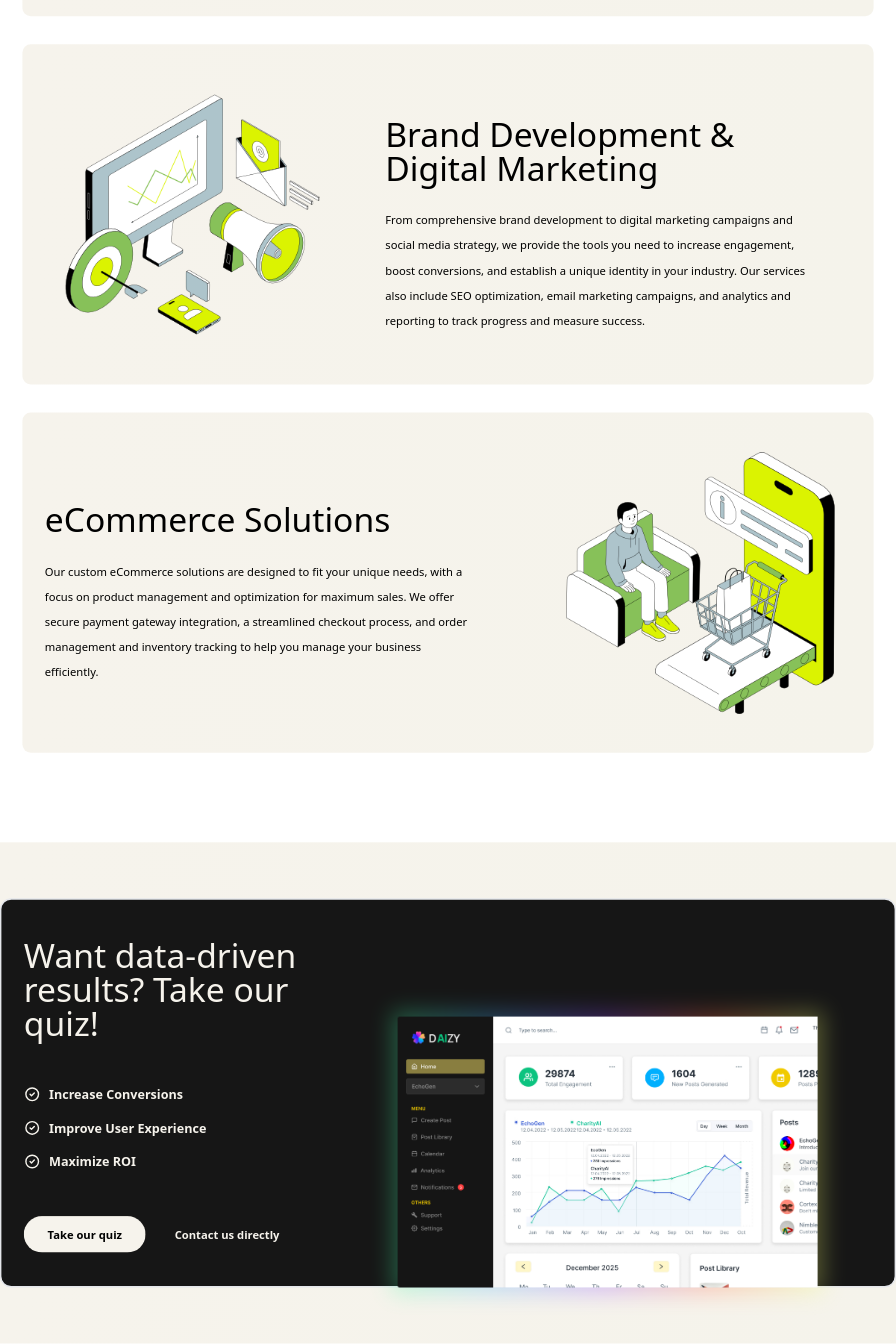
Repository: ornelasedward/mired_website
Page: /
The author's editor kept a copy of each file at every save. The page is drawn from the files as they stood at one save, then again after the next save.
The browser window is 1280 px wide. The pictures show the part of the page from y = 2625 to 4545 px (the page is 4545 px tall), at 70% of full size.
The project was rebuilt for these pictures with package versions that can differ from the ones it lists, and the page was loaded fresh each time. The framework's server and built-in components were replaced by stand-ins that run in the browser. Also part of the build but not shown: next.config.js.

Above is the page before, as saved 2023-03-30 19:27:52.

### app/layout.tsx
import "./globals.css";

export const metadata = {
  title: "Mired",
  description: "Web design and development services",
};

export default function RootLayout({
  children,
}: {
  children: React.ReactNode;
}) {
  return (
    <html lang="en" className="bg-gradient-to-r from-[#F6F3EC] to-[#F5F3EB]">
      <body>{children}</body>
    </html>
  );
}

### app/page.tsx
import Header from "@/components/Header";
import Hero from "@/components/Hero";
import Services from "@/components/Services";
import CTA from "@/components/CTA";
import { Inter } from "next/font/google";
import Testimonial from "@/components/Testimonials";
import FAQ from "@/components/FAQ";
import Contact from "@/components/Contact";
import Footer from "@/components/Footer";

const inter = Inter({ subsets: ["latin"] });

export default function Home() {
  return (
    <main>
      <Hero />
      <Header />
      <Services />
      <CTA />
      {/* <Testimonial />
      <FAQ />
      <Contact />
      <Footer /> */}
    </main>
  );
}

### components/Header.tsx
export default function Header() {
  return (
    <section className="py-12 overflow-hidden sm:py-16 lg:py-20 xl:py-24">
      <div className="px-4 mx-auto max-w-7xl sm:px-6 lg:px-8">
        <div className="grid max-w-6xl grid-cols-1 mx-auto gap-y-12 lg:grid-cols-2 lg:gap-x-16 xl:gap-x-24">
          <div className="relative flex flex-col justify-between max-w-lg lg:py-12 lg:max-w-none">
            <div className="flex-1">
              <p className="text-sm font-normal tracking-widest uppercase">
                <span className="text-transparent bg-clip-text bg-gradient-to-r from-cyan-500 to-purple-500">
                  {" "}
                  Have a project in mind?{" "}
                </span>
              </p>
            </div>

            <div className="mt-6 lg:mt-auto">
              <h2 className="text-3xl font-normal text-black sm:text-4xl lg:text-5xl xl:text-6xl">
                We are dedicated to crafting websites that convert visitors into
                customers.
              </h2>
              <p className="mt-4 text-base font-normal text-black lg:max-w-xs sm:text-lg sm:mt-6">
                Sign up for a free consultation today and let our experts help
                you create a modern web design that focuses on increasing
                conversions and enhancing user experiences.
              </p>
            </div>
          </div>

          <div className="relative flex items-center justify-center">
            <div className="absolute right-1/4 transform translate-x-4 -translate-y-1/2 top-1/2 bg-gradient-to-br from-[#F7BE08] to-[#55F5A3] w-full h-full blur-2xl opacity-40" />

            <div className="relative overflow-hidden bg-white rounded-xl">
              <div className="p-6 sm:py-8 sm:px-9">
                <p className="text-xl font-normal text-black">
                  Let us know about your business & we will be in contact to
                  help you grow your business.
                </p>

                <form action="#" method="POST" className="mt-8 space-y-4">
                  <div>
                    <label for="" className="sr-only">
                      {" "}
                      Full name{" "}
                    </label>
                    <div>
                      <input
                        type="text"
                        name=""
                        id=""
                        placeholder="First & Last name"
                        className="block w-full px-5 py-4 text-base text-black placeholder-gray-500 bg-gray-200 rounded-md focus:border-black focus:ring-1 focus:ring-black"
                      />
                    </div>
                  </div>

                  <div>
                    <label for="" className="sr-only">
                      {" "}
                      Email address{" "}
                    </label>
                    <div>
                      <input
                        type="email"
                        name=""
                        id=""
                        placeholder="Email address"
                        className="block w-full px-5 py-4 text-base text-black placeholder-gray-500 bg-gray-200 rounded-md focus:border-black focus:ring-1 focus:ring-black"
                      />
                    </div>
                  </div>

                  <div>
                    <label for="" className="sr-only">
                      {" "}
                      Phone number{" "}
                    </label>
                    <div>
                      <input
                        type="tel"
                        name=""
                        id=""
                        placeholder="Phone number"
                        className="block w-full px-5 py-4 text-base text-black placeholder-gray-500 bg-gray-200 rounded-md focus:border-black focus:ring-1 focus:ring-black"
                      />
                    </div>
                  </div>

                  <div>
                    <label for="" className="sr-only">
                      {" "}
                      Message{" "}
                    </label>
                    <div>
                      <textarea
                        name=""
                        id=""
                        placeholder="Write your message"
                        rows="4"
                        className="block w-full px-5 py-4 text-base text-black placeholder-gray-500 bg-gray-200 rounded-md focus:border-black focus:ring-1 focus:ring-black"
                      ></textarea>
                    </div>
                  </div>

                  <div>
                    <div className="relative inline-flex mt-2 group">
                      <div className="absolute transition-all duration-200 rounded-[2rem] -inset-px bg-gradient-to-r from-cyan-500 to-purple-500 group-hover:shadow-lg group-hover:shadow-cyan-500/50"></div>
                      <button
                        type="button"
                        className="relative inline-flex items-center justify-center px-8 py-3 text-base font-normal text-white bg-black border border-transparent rounded-[2rem]"
                        role="button"
                      >
                        Send Message
                      </button>
                    </div>
                  </div>
                </form>
              </div>
            </div>
          </div>
        </div>
      </div>
    </section>
  );
}

### components/Services.tsx
import Image from "next/image";
import Laptop from "../images/Laptop.png";
import Ecom from "../images/Ecom.png";
import Marketing from "../images/Marketing.png";

export default function Services() {
  return (
    <div className="bg-white">
      <div className="relative px-4 mx-auto sm:px-6 lg:px-8 max-w-7xl">
        <div className="grid grid-cols-1 gap-10 lg:py-32 py-20">
          <div className="bg-gradient-to-r from-[#F6F3EC] to-[#F5F3EB] rounded-xl">
            <div className="grid md:grid-cols-5 grid-cols-1">
              <div className="col-span-3 flex items-center max-w-2xl">
                <div className="px-8 pt-8 flex flex-col lg:gap-8 gap-6 lg:max-w-2xl">
                  <h1 className="xl:text-5xl lg:text-4xl sm:text-2xl text-3xl font-normal text-black">
                    Web Design & Development
                  </h1>
                  <p className="text-md font-light lg:leading-9 md:leading-6 leading-9">
                    Our agency specializes in creating high-converting modern
                    website designs that are optimized for user experience. We
                    offer a range of services including UX research, UI
                    designing, web development, and API integrations, as well as
                    ongoing maintenance and support to ensure optimal website
                    performance on all devices.
                  </p>
                </div>
              </div>
              <div className="col-span-2">
                <Image
                  className="m-auto"
                  src={Laptop}
                  alt=""
                  width={500}
                  height={500}
                />
              </div>
            </div>
          </div>

          <div className="bg-gradient-to-r from-[#F6F3EC] to-[#F5F3EB] rounded-xl">
            <div className="grid md:grid-cols-5 grid-cols-1">
              <div className="col-span-2 md:block hidden">
                <Image
                  className="m-auto"
                  src={Marketing}
                  alt=""
                  width={500}
                  height={500}
                />
              </div>
              <div className="col-span-3 flex items-center max-w-2xl">
                <div className="px-8 pt-8 flex flex-col lg:gap-8 gap-6 lg:max-w-2xl">
                  <h1 className="xl:text-5xl lg:text-4xl sm:text-2xl text-3xl font-normal text-black">
                    Brand Development & Digital Marketing
                  </h1>
                  <p className="text-md font-light lg:leading-9 md:leading-6 leading-9">
                    From comprehensive brand development to digital marketing
                    campaigns and social media strategy, we provide the tools
                    you need to increase engagement, boost conversions, and
                    establish a unique identity in your industry. Our services
                    also include SEO optimization, email marketing campaigns,
                    and analytics and reporting to track progress and measure
                    success.
                  </p>
                </div>
              </div>
              <div className="col-span-2 md:hidden block">
                <Image
                  className="m-auto"
                  src={Marketing}
                  alt=""
                  width={500}
                  height={500}
                />
              </div>
            </div>
          </div>

          <div className="bg-gradient-to-r from-[#F6F3EC] to-[#F5F3EB] rounded-xl">
            <div className="grid md:grid-cols-5 grid-cols-1">
              <div className="col-span-3 flex items-center max-w-2xl">
                <div className="px-8 pt-8 flex flex-col lg:gap-8 gap-6 lg:max-w-2xl">
                  <h1 className="xl:text-5xl lg:text-4xl sm:text-2xl text-3xl font-normal text-black">
                    eCommerce Solutions
                  </h1>
                  <p className="text-md font-light lg:leading-9 md:leading-6 leading-9">
                    Our custom eCommerce solutions are designed to fit your
                    unique needs, with a focus on product management and
                    optimization for maximum sales. We offer secure payment
                    gateway integration, a streamlined checkout process, and
                    order management and inventory tracking to help you manage
                    your business efficiently.
                  </p>
                </div>
              </div>
              <div className="col-span-2">
                <Image
                  className="m-auto"
                  src={Ecom}
                  alt=""
                  width={500}
                  height={500}
                />
              </div>
            </div>
          </div>
        </div>
      </div>
    </div>
  );
}

### components/CTA.tsx
import Image from "next/image";
import Dashboard from "../images/dashboard.png";

export default function Component() {
  return (
    <div>
      <section className="relative py-12 overflow-hidden sm:py-16 lg:py-20">
        <div className="px-4 mx-auto max-w-7xl sm:px-6 lg:px-8 border-2 rounded-2xl bg-[#161616]">
          <div className="mt-16 absolute bottom-0 right-0 md:translate-x-28 translate-x-72 -translate-y-12 lg:hidden">
            <div className="relative">
              <div className="absolute -inset-2">
                <div
                  className="w-full h-full mx-auto opacity-30 blur-lg filter"
                  style={{
                    background:
                      "linear-gradient(90deg, #44ff9a -0.55%, #44b0ff 22.86%, #8b44ff 48.36%, #ff6644 73.33%, #ebff70 99.34%)",
                  }}
                ></div>
              </div>

              <div className="relative">
                <div className="aspect-w-16 aspect-h-12 lg:aspect-none">
                  <Image
                    className="object-cover object-left-top w-[600px] h-full lg:max-w-4xl 2xl:max-w-5xl"
                    src={Dashboard}
                    alt=""
                  />
                </div>
              </div>
            </div>
          </div>
          <div className="text-center lg:w-1/2 xl:w-2/5 lg:text-left lg:pr-8 lg:py-8 pb-32 lg:pb-0">
            <h2 className="mt-6 lg:mb-0 mb-24 font-regular text-[#F6F3EC] text-5xl font-pj">
              Want data-driven results? Take our quiz!
            </h2>

            <ul className="space-y-5 lg:mt-16">
              <li className="flex items-center text-[#F6F3EC] justify-start">
                <svg
                  className="w-6 h-6"
                  xmlns="http://www.w3.org/2000/svg"
                  fill="none"
                  viewBox="0 0 24 24"
                  stroke="currentColor"
                >
                  <path
                    stroke-linecap="round"
                    stroke-linejoin="round"
                    stroke-width="2"
                    d="M9 12l2 2 4-4m6 2a9 9 0 11-18 0 9 9 0 0118 0z"
                  />
                </svg>
                <span className="ml-3 text-lg font-bold font-pj">
                  {" "}
                  Increase Conversions
                </span>
              </li>

              <li className="flex items-center text-[#F6F3EC] justify-start">
                <svg
                  className="w-6 h-6"
                  xmlns="http://www.w3.org/2000/svg"
                  fill="none"
                  viewBox="0 0 24 24"
                  stroke="currentColor"
                >
                  <path
                    stroke-linecap="round"
                    stroke-linejoin="round"
                    stroke-width="2"
                    d="M9 12l2 2 4-4m6 2a9 9 0 11-18 0 9 9 0 0118 0z"
                  />
                </svg>
                <span className="ml-3 text-lg font-bold font-pj">
                  {" "}
                  Improve User Experience
                </span>
              </li>

              <li className="flex items-center text-[#F6F3EC] justify-start">
                <svg
                  className="w-6 h-6"
                  xmlns="http://www.w3.org/2000/svg"
                  fill="none"
                  viewBox="0 0 24 24"
                  stroke="currentColor"
                >
                  <path
                    stroke-linecap="round"
                    stroke-linejoin="round"
                    stroke-width="2"
                    d="M9 12l2 2 4-4m6 2a9 9 0 11-18 0 9 9 0 0118 0z"
                  />
                </svg>
                <span className="ml-3 text-lg font-bold font-pj">
                  {" "}
                  Maximize ROI
                </span>
              </li>
            </ul>

            <div className="flex items-center justify-start flex-row mt-16 lg:pb-12 sm:space-x-5">
              <a
                href="#"
                title=""
                className="
                        relative
                        inline-flex
                        items-center
                        justify-center
                        w-48
                        px-8
                        py-3
                        text-base
                        font-bold
                        text-black
                        transition-all
                        duration-200
                        bg-[#F6F3EC]
                        border-2 border-transparent
                        sm:w-auto
                        focus:outline-none focus:ring-2 focus:ring-offset-2 focus:ring-gray-900
                        font-pj
                        hover:bg-opacity-90
                        rounded-[2rem]
                    "
                role="button"
              >
                Take our quiz
              </a>

              <a
                href="#"
                title=""
                className="
                        lg:inline-flex
                        items-center
                        justify-center
                        w-48
                        px-2
                        py-3
                        mt-5
                        text-base
                        font-bold
                        text-[#F6F3EC]
                        transition-all
                        duration-200
                        border-2 border-transparent
                        sm:w-autojustify-center sm:mt-0
                        rounded-[2rem]
                        font-pj
                        focus:outline-none focus:ring-2 focus:ring-offset-2 focus:ring-gray-900
                        focus:bg-transparent
                        hover:text-white
                        focus:text-white
                        hover:border-white
                        focus:border-gray-900
                        hidden
                    "
                role="button"
              >
                Contact us directly
              </a>
            </div>
          </div>
        </div>

        <div className="mt-16 translate-x-12 lg:absolute lg:bottom-0 lg:right-0 lg:-translate-y-20 lg:-translate-x-38 xl:-translate-x-28 hidden lg:block">
          <div className="relative">
            <div className="absolute -inset-2">
              <div
                className="w-full h-full mx-auto opacity-30 blur-lg filter"
                style={{
                  background:
                    "linear-gradient(90deg, #44ff9a -0.55%, #44b0ff 22.86%, #8b44ff 48.36%, #ff6644 73.33%, #ebff70 99.34%)",
                }}
              ></div>
            </div>

            <div className="relative">
              <div className="aspect-w-16 aspect-h-12 lg:aspect-none">
                <Image
                  className="object-cover object-left-top w-[600px] h-full lg:max-w-4xl 2xl:max-w-5xl"
                  src={Dashboard}
                  alt=""
                />
              </div>
            </div>
          </div>
        </div>
      </section>
    </div>
  );
}

Loaded but not shown: app/globals.css (common file); tailwind.config.js (common file); components/Hero.tsx (254 lines, source omitted)

After the next save:
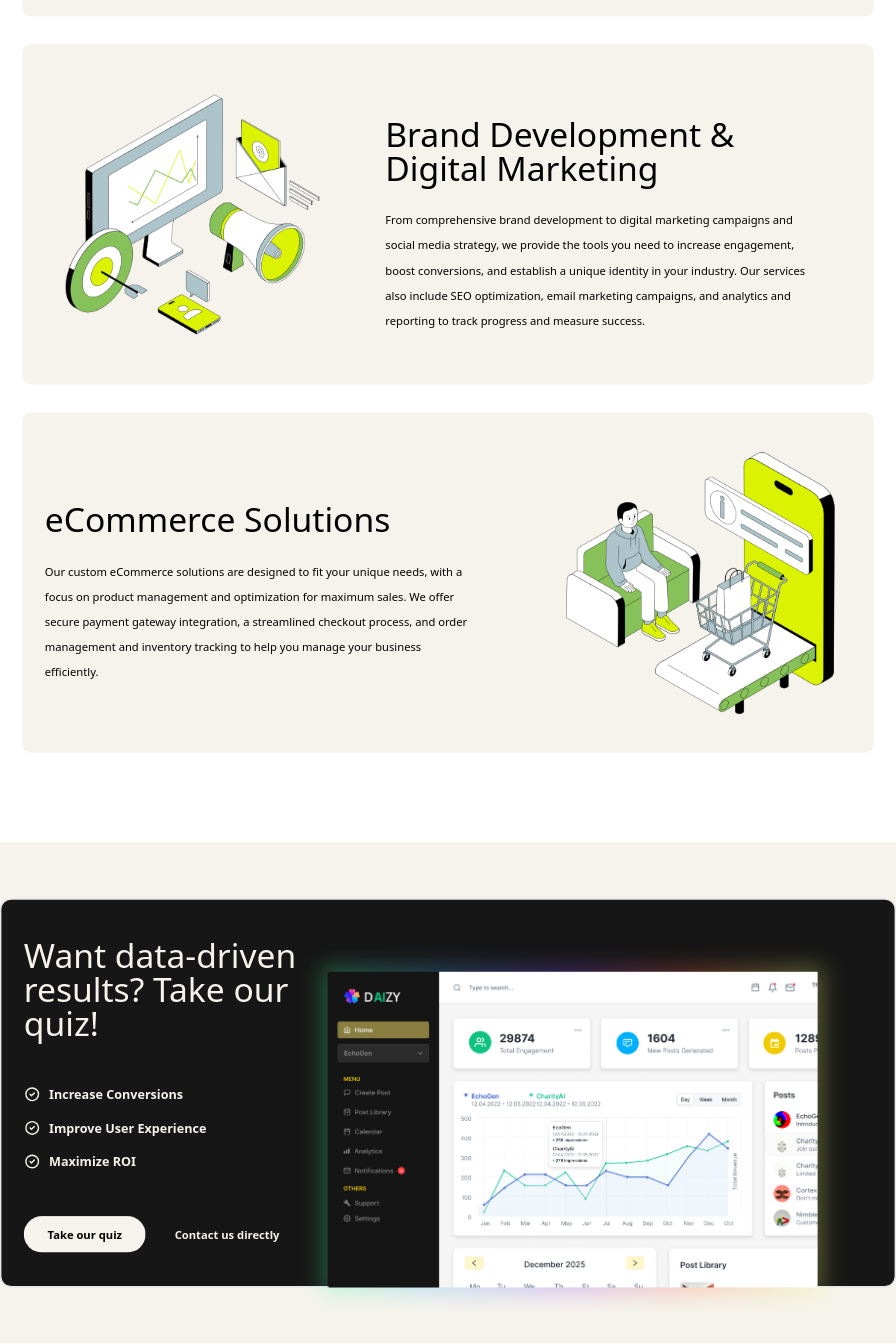
Saved 79 s later.
--- a/components/CTA.tsx
+++ b/components/CTA.tsx
@@ -180,7 +180,7 @@
             <div className="relative">
               <div className="aspect-w-16 aspect-h-12 lg:aspect-none">
                 <Image
-                  className="object-cover object-left-top w-[600px] h-full lg:max-w-4xl 2xl:max-w-5xl"
+                  className="object-cover object-left-top w-[700px] h-full lg:max-w-4xl 2xl:max-w-5xl"
                   src={Dashboard}
                   alt=""
                 />
